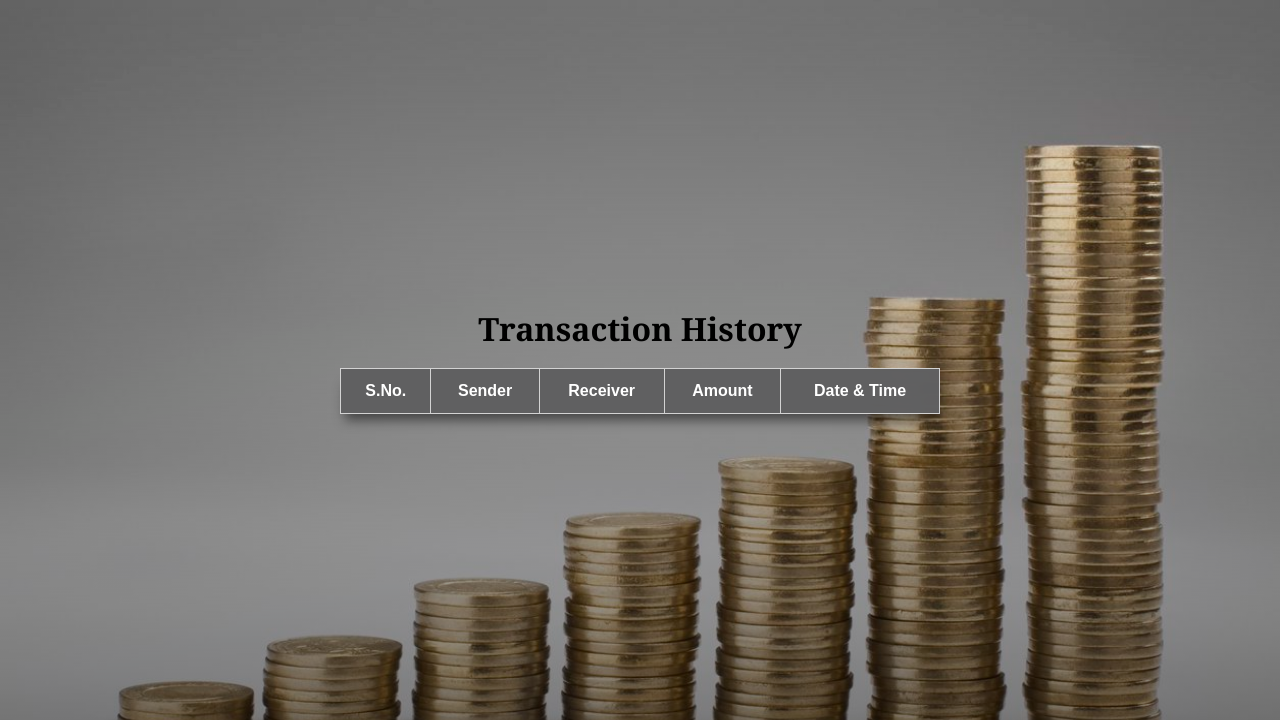
Repository: PrabhaBas/TheSparksFoundation_BasicBankingSystem
Page: http://localhost/PVBank/transactionhistory.jsp
These files come from the project's save history. The page is drawn as it stood at one moment and after the next save; the edit follows.
The browser window is 1280 px wide. The pictures show the whole page.
The page is served by Tomcat 9. Queries for data that is not in the repository find no rows.

Above is the page before, as saved 2021-08-18 11:11:13.
Not found: PVBank/PVBank/css/button.css
Not found: PVBank/PVBank/css/createuser.css

After the next save:
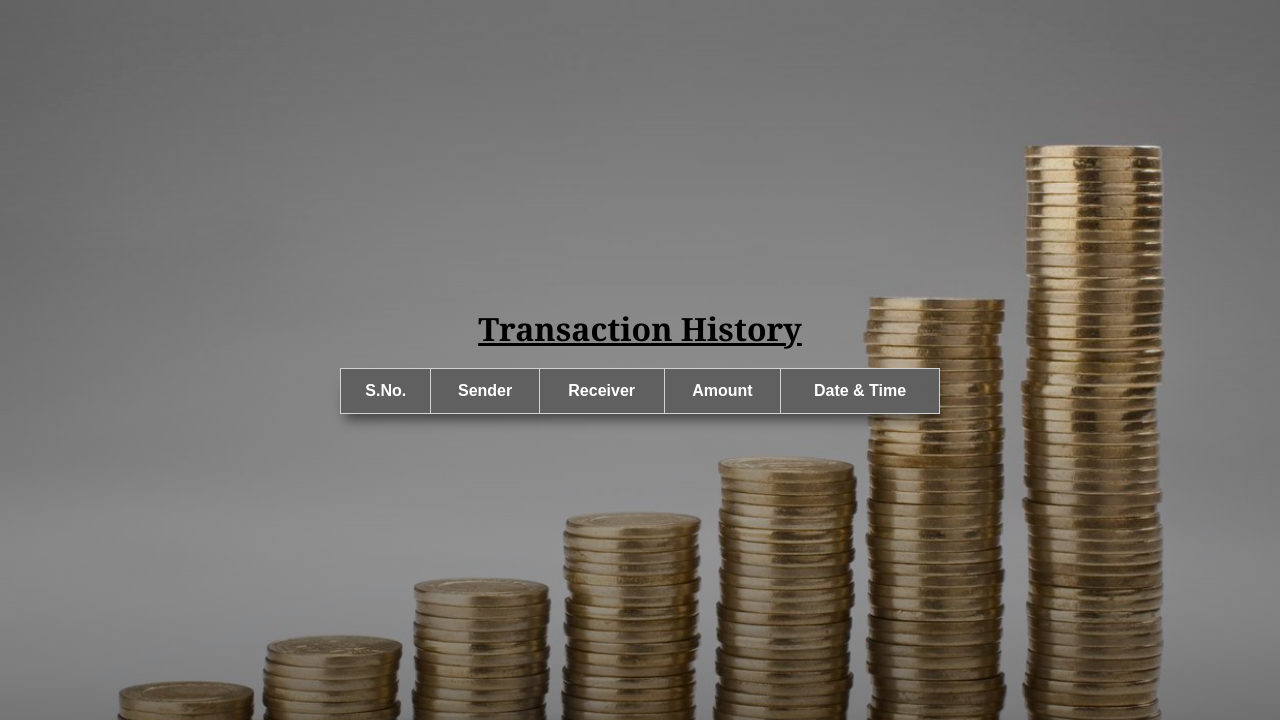
Saved 46 s later.
--- a/PVBank/src/main/webapp/css/transactionhistory.css
+++ b/PVBank/src/main/webapp/css/transactionhistory.css
@@ -28,7 +28,7 @@ h1{
 	font-family:Georgia, 'Times New Roman', Times, serif;
 	place-items: center;
 	text-align: center;
-
+	text-decoration: underline;
 }
 
 table{
